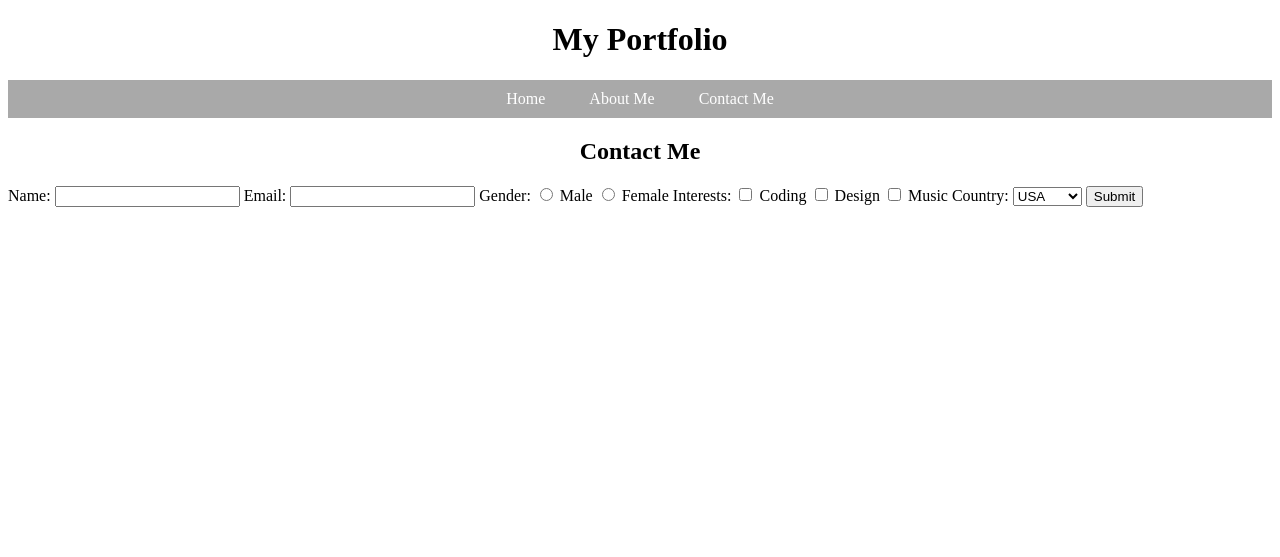
Repository: harshitanthal1/my_portfolio
Page: contactme.html
An editor plug-in stored every save of this project. The page is shown before and after the next save, followed by the edit.
The browser window is 1280 px wide. The pictures show the whole page.

Above is the page before, as saved 2024-02-04 11:06:30.

After the next save:
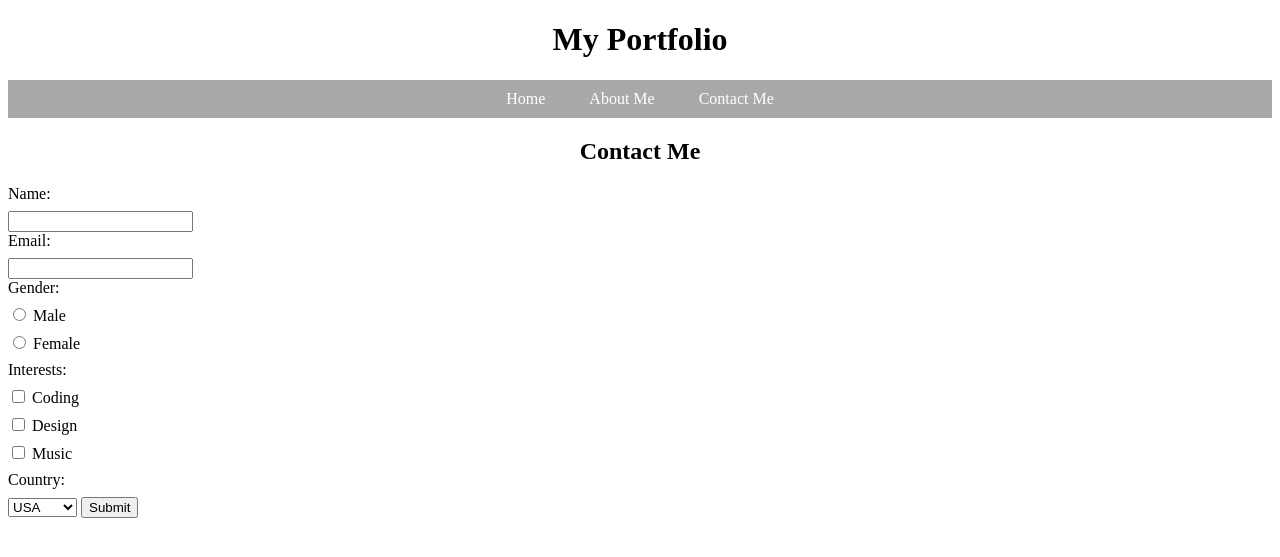
Saved 93 s later.
--- a/styles/styles.css
+++ b/styles/styles.css
@@ -71,3 +71,8 @@ img {
 h2 {
     text-align: center;
 }
+
+label {
+    display: block;
+    margin-bottom: 8px;
+  }
